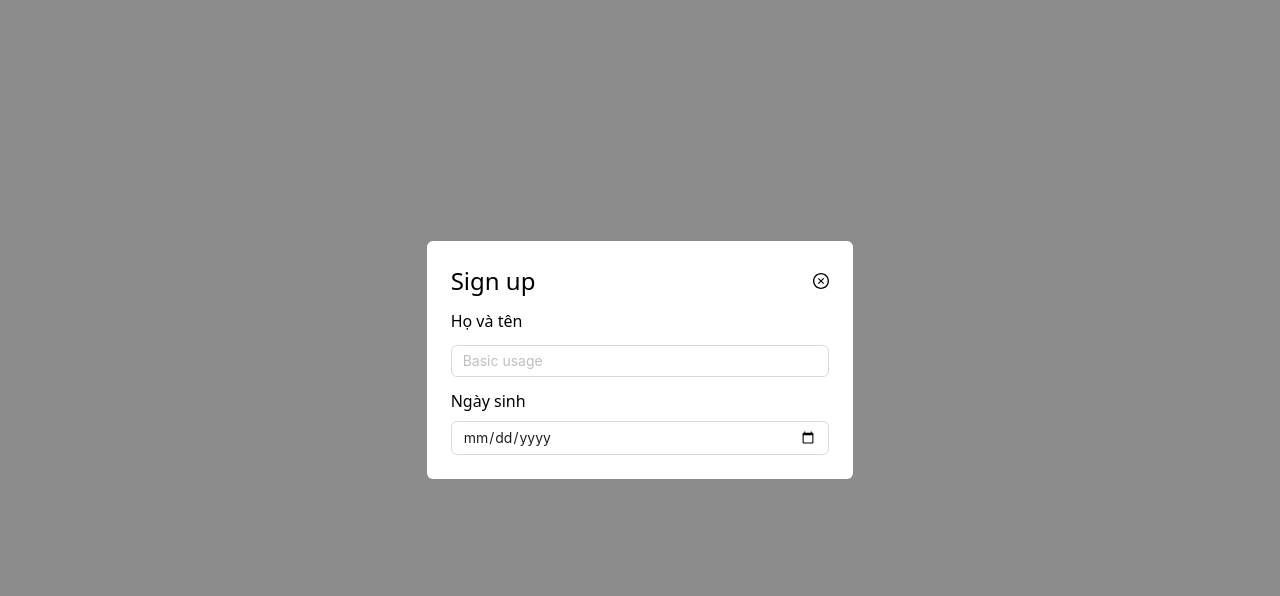
Repository: TinhTT336/MD02_Session14
Page: / (app in client/)
These files come from the project's save history. The page is drawn as it stood at one moment and after the next save; the edit follows.
The browser window is 1280 px wide. The pictures show the whole page.
The project was rebuilt for these pictures with package versions that can differ from the ones it lists, and the page was loaded fresh each time. Also part of the build but not shown: client/vite.config.js, client/src/firebase/configFirebase.js, client/src/components/UploadSingleFile.jsx, client/src/components/register/register.css, client/src/components/register/Register.jsx, client/src/components/register/RegisterWithImg.jsx.

Above is the page before, as saved 2023-09-14 14:14:20.

### client/index.html
<!DOCTYPE html>
<html lang="en">
  <head>
    <meta charset="UTF-8" />
    <link rel="icon" type="image/svg+xml" href="/vite.svg" />
    <meta name="viewport" content="width=device-width, initial-scale=1.0" />
    <title>Vite + React</title>
    <!-- <link
      href="https://cdn.jsdelivr.net/npm/bootstrap@5.0.2/dist/css/bootstrap.min.css"
      rel="stylesheet"
      integrity="sha384-EVSTQN3/azprG1Anm3QDgpJLIm9Nao0Yz1ztcQTwFspd3yD65VohhpuuCOmLASjC"
      crossorigin="anonymous"
    />
    <link
      rel="stylesheet"
      href="https://cdnjs.cloudflare.com/ajax/libs/font-awesome/6.4.2/css/all.min.css"
      integrity="sha512-z3gLpd7yknf1YoNbCzqRKc4qyor8gaKU1qmn+CShxbuBusANI9QpRohGBreCFkKxLhei6S9CQXFEbbKuqLg0DA=="
      crossorigin="anonymous"
      referrerpolicy="no-referrer"
    /> -->
  </head>
  <body>
    <div id="root"></div>
    <script type="module" src="/src/main.jsx"></script>
  </body>
</html>

### client/src/App.jsx

import './App.css'
import UploadSingleFile from './components/UploadSingleFile'
import Register from './components/register/Register'
import RegisterWithImg from './components/register/RegisterWithImg'
import Signup from './components/signup/Signup'

function App() {

  return (
    <>
      {/* <UploadSingleFile /> */}
      {/* <Register /> */}
      {/* <RegisterWithImg /> */}
      <Signup />
    </>
  )
}

export default App

### client/src/components/signup/Signup.jsx
import React from 'react';
import { CloseCircleOutlined } from "@ant-design/icons";
import { Input } from 'antd';

export default function Signup() {
    return (
        <>
            <div className='fixed top-0 left-0 right-0 bottom-0 flex items-center justify-center bg-rgba-black'>
                <form className='bg-white p-6 rounded-md w-2/6'>
                    <div className='flex items-center justify-between'>
                        <h3 className='text-2xl'>Sign up</h3>
                        <CloseCircleOutlined className='cursor-pointer hover:bg-slate-300 rounded-full' />
                    </div>
                    <div className='mt-3'>
                        <label htmlFor="name">Họ và tên</label>
                        <Input placeholder="Basic usage" className='mt-3' name='name' id='name' />
                    </div>
                    <div className='mt-3'>
                        <label htmlFor="name">Ngày sinh</label>
                        <Input placeholder="Basic usage" className='mt-2' name='name' id='name' type='date' />
                    </div>
                </form>
            </div>

        </>
    )
}

### client/tailwind.config.js
/** @type {import('tailwindcss').Config} */
export default {
  content: ["./index.html", "./src/**/*.{js,ts,jsx,tsx}"],
  theme: {
    extend: {
      backgroundColor: {
        "rgba-black": "rgba(0,0,0,0.45)",
      },
    },
  },
  plugins: [],
};

Loaded but not shown: client/src/main.jsx (common file); client/src/index.css (common file); client/src/App.css (common file)

After the next save:
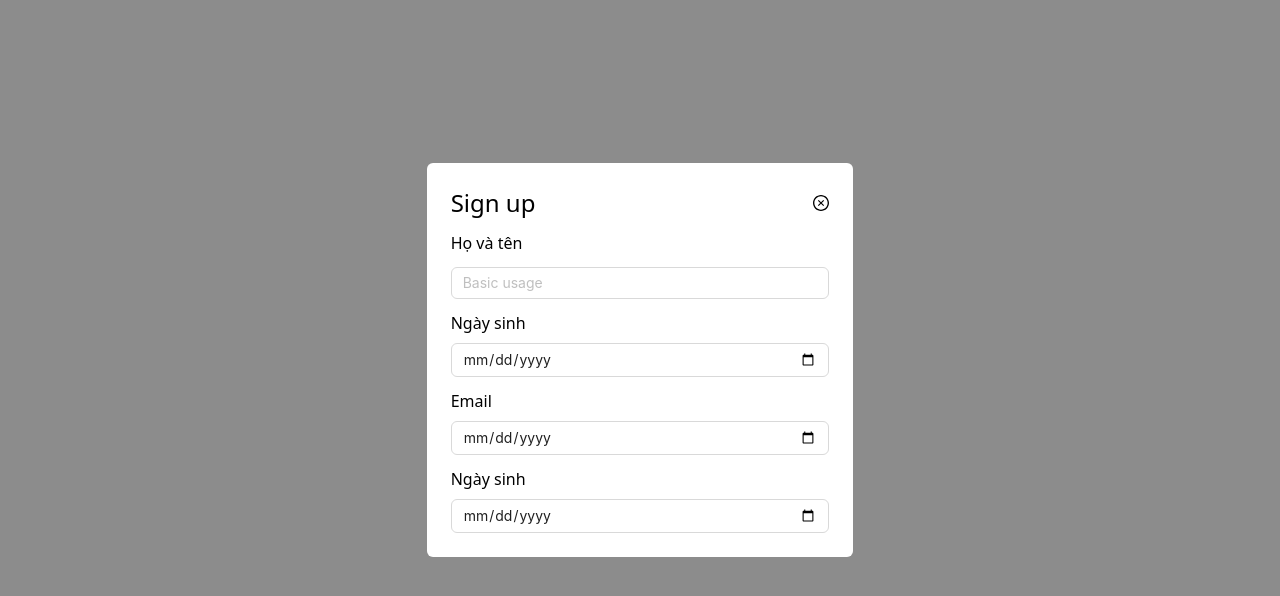
Saved 81 s later.
--- a/client/src/components/signup/Signup.jsx
+++ b/client/src/components/signup/Signup.jsx
@@ -16,6 +16,14 @@ export default function Signup() {
                         <Input placeholder="Basic usage" className='mt-3' name='name' id='name' />
                     </div>
                     <div className='mt-3'>
+                        <label htmlFor="dateOfBirth">Ngày sinh</label>
+                        <Input placeholder="Basic usage" className='mt-2' name='dateOfBirth' id='dateOfBirth' type='date' />
+                    </div>
+                    <div className='mt-3'>
+                        <label htmlFor="name">Email</label>
+                        <Input placeholder="Basic usage" className='mt-2' name='name' id='name' type='date' />
+                    </div>
+                    <div className='mt-3'>
                         <label htmlFor="name">Ngày sinh</label>
                         <Input placeholder="Basic usage" className='mt-2' name='name' id='name' type='date' />
                     </div>
